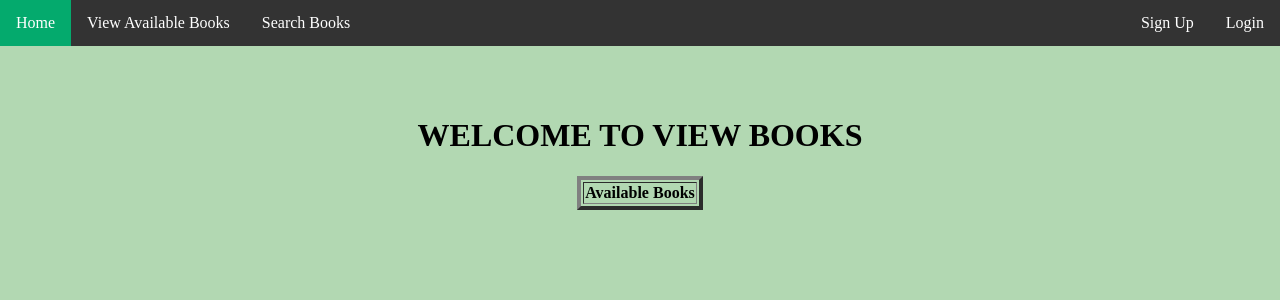
Repository: sach7691/original-book-store
Page: http://localhost/online-book-store-application/read_book.jsp
The author's editor kept a copy of each file at every save. The page is drawn from the files as they stood at one save, then again after the next save.
The browser window is 1280 px wide. The pictures show the whole page.
The page is served by Tomcat 9. Other server files are loaded and not shown. The template is opened directly, without the code that normally fills it, so the values that code supplies are empty.

Above is the page before, as saved 2022-08-18 11:43:16.

### online-book-store-application/src/main/webapp/read_book.jsp
<%@ page language="java" contentType="text/html; charset=ISO-8859-1"
    pageEncoding="ISO-8859-1"%>
<%@ taglib uri="http://java.sun.com/jsp/jstl/core" prefix="c" %>
<%@ page import="java.util.List" %>
<%@page import="com.ab.models.Book" %>
<!DOCTYPE html>
<html>
<head>
<meta charset="ISO-8859-1">
<meta name="viewport" content="width=device-width, initial-scale=1.0">
<title>view books</title>
<style>
body {margin: 0;
 background: rgba(0, 128, 0, 0.3);}

 h1{
 text-align: center;
  padding-top: 50px;

 }
 letter {
   color: #ea503f;
   font-family: Arial;
 }

ul.topnav {
  list-style-type: none;
  margin: 0;
  padding: 0;
  overflow: hidden;
  background-color: #333;
}

ul.topnav li {float: left;}

ul.topnav li a {
  display: block;
  color: white;
  text-align: center;
  padding: 14px 16px;
  text-decoration: none;
}

ul.topnav li a:hover:not(.active) {background-color: #111;}

ul.topnav li a.active {background-color: #04AA6D;}

ul.topnav li.right {float: right;}

@media screen and (max-width: 600px) {
  ul.topnav li.right,
  ul.topnav li {float: none;}
}
</style>
</head>
</head>
<body>
<div>
<ul class="topnav">
  <li><a class="active" href="welcome.jsp">Home</a></li>
  <li><a href="http://localhost:8080/online-book-store-application/ViewBookServlet">View Available Books</a></li>
  <li><a href="search_book.jsp">Search Books</a></li>
  <li class="right"><a href="login.jsp">Login</a></li>
  <li class="right"><a href="index.jsp">Sign Up</a></li>
</ul>
</div>
<form action="http://localhost:8080/online-book-store-application/ViewBookServlet"  method="GET">
<%
List<Book> books = (List<Book>)session.getAttribute("bList");
//System.out.println(books);
%>
<div class="letter"><h1>WELCOME TO VIEW BOOKS</h1></div>
<center>
<table border="4">
  <tr>
    <th>Available Books</th>
  </tr>
    <c:forEach items="${bList}" var="b">
        <tr>
            <td><c:out value="${b.bookTitle}" /></td>
        </tr>
    </c:forEach>
</table>
<br>
</center>
</form>

</body>
</html>

After the next save:
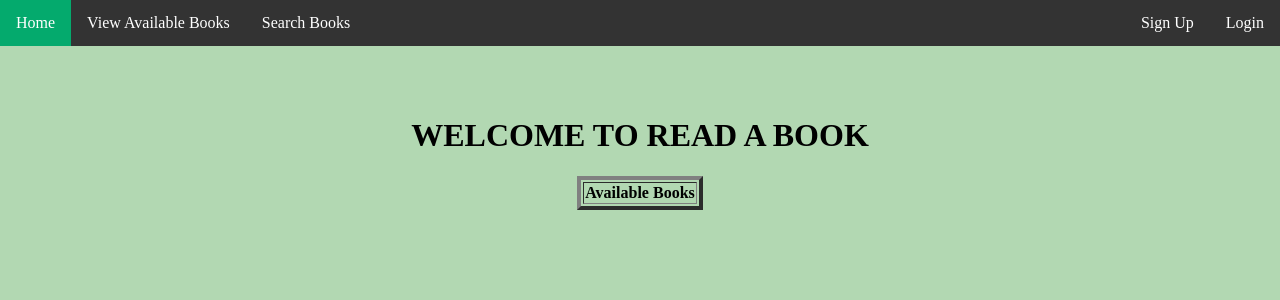
Saved 25 s later.
--- a/online-book-store-application/src/main/webapp/read_book.jsp
+++ b/online-book-store-application/src/main/webapp/read_book.jsp
@@ -69,7 +69,7 @@ ul.topnav li.right {float: right;}
 List<Book> books = (List<Book>)session.getAttribute("bList");
 //System.out.println(books);
 %>
-<div class="letter"><h1>WELCOME TO VIEW BOOKS</h1></div>
+<div class="letter"><h1>WELCOME TO READ A BOOK</h1></div>
 <center>
 <table border="4">
   <tr>
